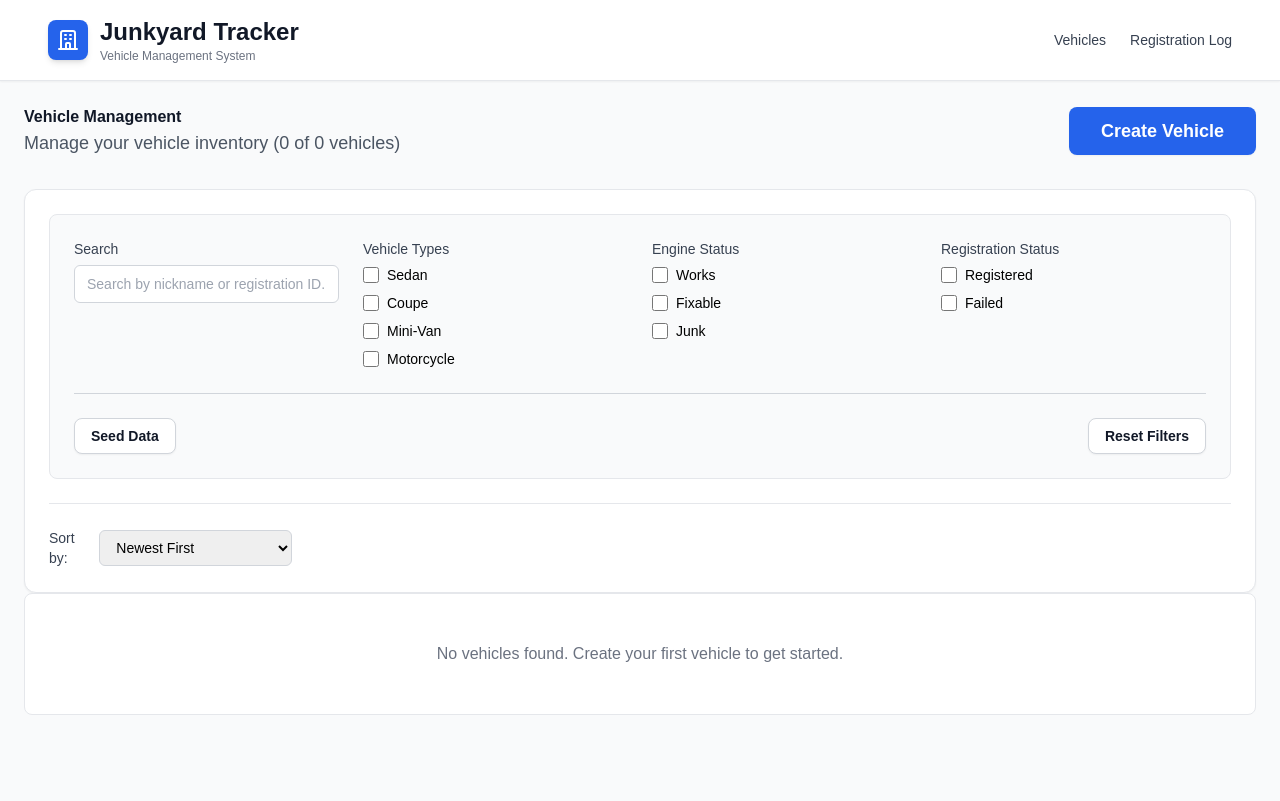
Repository: atomek88/vehicle-store
Page: /vehicles
An editor plug-in stored every save of this project. The page is shown before and after the next save, followed by the edit.
The browser window is 1280 px wide. The pictures show the whole page.
The project was rebuilt for these pictures with package versions that can differ from the ones it lists, and the page was loaded fresh each time. The framework's server and built-in components were replaced by stand-ins that run in the browser. Also part of the build but not shown: next.config.ts, src/components/ui/Badge.tsx, src/components/vehicle/SedanFields.tsx, src/components/vehicle/CoupeFields.tsx, src/components/vehicle/MiniVanFields.tsx, src/components/vehicle/MotorcycleFields.tsx, src/components/vehicle/VehicleForm.tsx, src/components/ui/ConfirmDialog.tsx.

Above is the page before, as saved 2026-01-21 00:37:16.

After the next save:
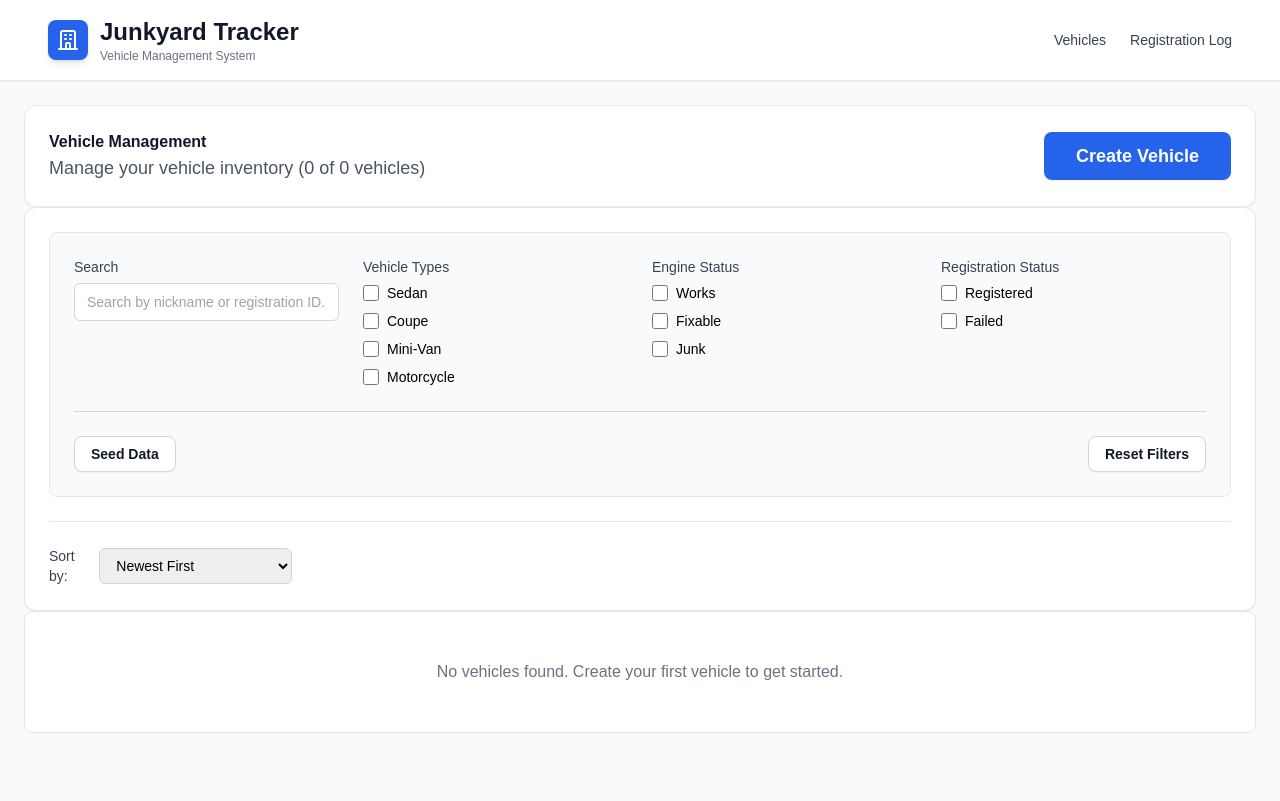
Saved 6 s later.
--- a/app/vehicles/page.tsx
+++ b/app/vehicles/page.tsx
@@ -47,24 +47,24 @@
         type: 'sedan' as const,
         nickname: 'Family Sedan',
         mileage: 50000,
-        wheels: 4,
-        doors: 4,
+        wheels: 4 as const,
+        doors: 4 as const,
         engineStatus: 'works' as const,
       },
       {
         type: 'coupe' as const,
         nickname: 'Sports Coupe',
         mileage: 25000,
-        wheels: 4,
-        doors: 2,
+        wheels: 4 as const,
+        doors: 2 as const,
         engineStatus: 'fixable' as const,
       },
       {
         type: 'mini-van' as const,
         nickname: 'Cargo Van',
         mileage: 150000,
-        wheels: 4,
-        doors: 4,
+        wheels: 4 as const,
+        doors: 4 as const,
         doorConfig: [{ sliding: true }, { sliding: true }, { sliding: false }, { sliding: false }],
         engineStatus: 'junk' as const,
       },
@@ -72,7 +72,7 @@
         type: 'motorcycle' as const,
         nickname: 'Speed Bike',
         mileage: 15000,
-        wheels: 2,
+        wheels: 2 as const,
         seatStatus: 'works' as const,
         engineStatus: 'works' as const,
       },
@@ -80,8 +80,8 @@
         type: 'sedan' as const,
         nickname: 'Old Sedan',
         mileage: 200000,
-        wheels: 4,
-        doors: 4,
+        wheels: 4 as const,
+        doors: 4 as const,
         engineStatus: 'junk' as const,
       },
     ];
@@ -119,8 +119,8 @@
   return (
     <div className="min-h-screen bg-gray-50 p-6 md:p-8 lg:p-12">
       <div className="mx-auto max-w-7xl space-y-8">
-        {/* Page Header */}
-        <div className="mb-8">
+        {/* Header Section */}
+        <div className="rounded-xl border border-gray-200 bg-white p-6 shadow-sm md:p-8">
           <div className="flex items-center justify-between">
             <div>
               <h1 className="text-4xl font-bold text-gray-900 md:text-5xl">Vehicle Management</h1>

After the save that followed:
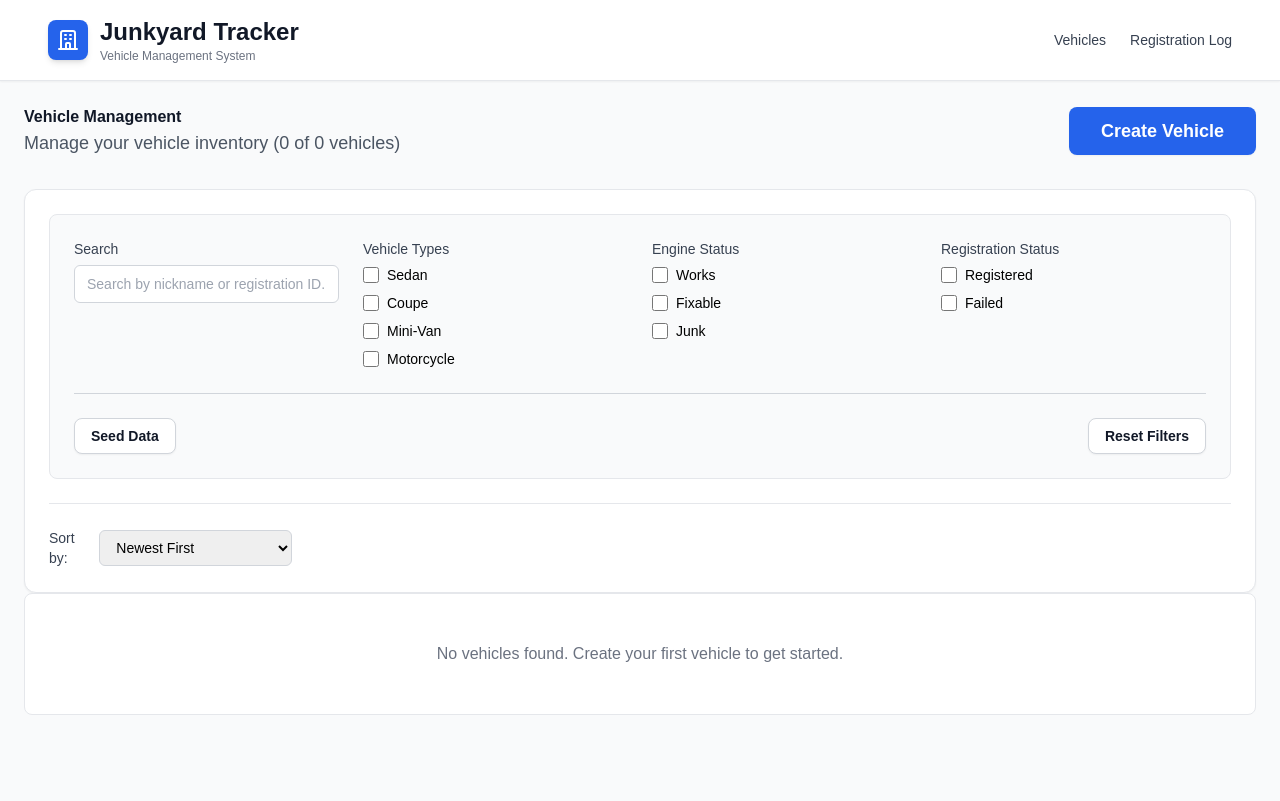
Saved 5 min 45 s later.
--- a/app/vehicles/page.tsx
+++ b/app/vehicles/page.tsx
@@ -119,8 +119,8 @@
   return (
     <div className="min-h-screen bg-gray-50 p-6 md:p-8 lg:p-12">
       <div className="mx-auto max-w-7xl space-y-8">
-        {/* Header Section */}
-        <div className="rounded-xl border border-gray-200 bg-white p-6 shadow-sm md:p-8">
+        {/* Page Header */}
+        <div className="mb-8">
           <div className="flex items-center justify-between">
             <div>
               <h1 className="text-4xl font-bold text-gray-900 md:text-5xl">Vehicle Management</h1>
